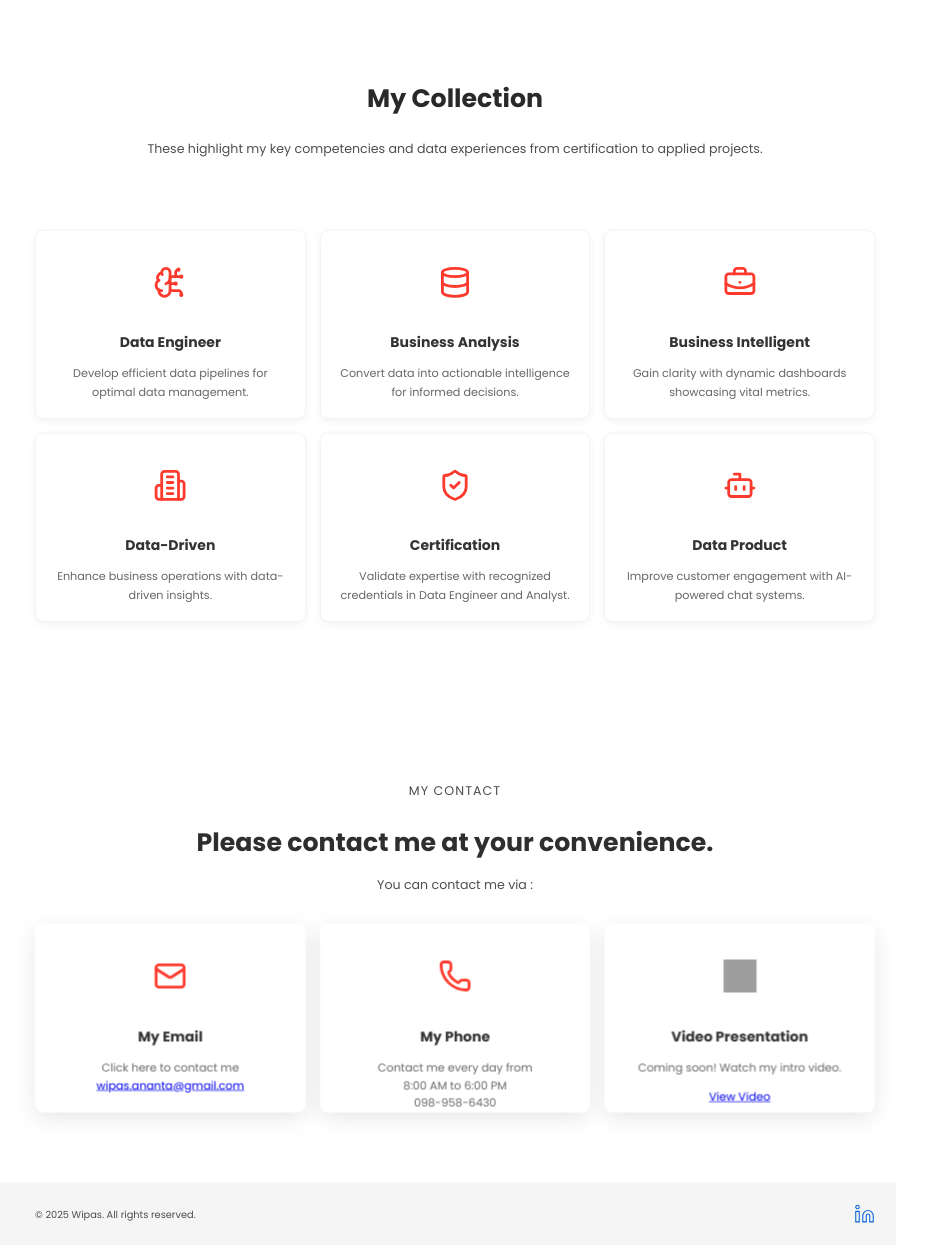
Repository: Wipas1919/Archive-portfolio
Page: index.html
An editor plug-in stored every save of this project. The page is shown before and after the next save, followed by the edit.
The browser window is 1280 px wide. The page is 1328 px wide, so the pictures cover 1328 px, including what lies to the right of the window. The pictures show the part of the page from y = 1566 to 3406 px (the page is 3345 px tall before and 3406 px after), at 70% of full size.
Pictures or frames that could not be fetched are drawn as grey boxes.

Above is the page before, as saved 2025-05-26 21:28:37.

### index.html
<!-- Cleaned and updated on 2025-05-25 -->
<!DOCTYPE html>
<html lang="en">
 <head>
  <meta charset="utf-8"/>
  <meta content="width=device-width, initial-scale=1.0" name="viewport"/>
  <title>Wipas | Portfolio</title>

  <!-- SEO Meta Tags -->
  <meta name="description" content="Data-driven portfolio by Wipas Anantamongkol - showcasing skills in data engineering, analytics, and business intelligence.">
  <meta name="keywords" content="portfolio, data, analytics, business intelligence, data engineer, Wipas">
  <meta name="author" content="Wipas Anantamongkol">
  <meta name="robots" content="index, follow">
  <link rel="canonical" href="https://wipas1919.github.io/wipas-portfolio/">

  <!-- Fonts -->
  <link href="https://fonts.googleapis.com/css2?family=Poppins:wght@400;600;700&display=swap" rel="stylesheet"/>

  <!-- CSS -->
  <link href="style/main.css" rel="stylesheet"/>
  <link href="style/animations.css" rel="stylesheet"/>
  <link href="https://cdn.jsdelivr.net/npm/aos@2.3.4/dist/aos.css" rel="stylesheet"/>
  <link href="https://cdnjs.cloudflare.com/ajax/libs/animate.css/4.1.1/animate.min.css" rel="stylesheet"/>
  <link href="https://cdn.jsdelivr.net/npm/swiper@10/swiper-bundle.min.css" rel="stylesheet"/>

  <!-- Lottie -->
  <script src="https://unpkg.com/@lottiefiles/lottie-player@latest/dist/lottie-player.js"></script>

  <!-- Copy Protection Script -->
  <script>
    document.addEventListener("contextmenu", e => e.preventDefault());
    document.onkeydown = function(e) {
      if (e.key === "F12" ||
          (e.ctrlKey && e.shiftKey && (e.key === "I" || e.key === "J")) ||
          (e.ctrlKey && e.key === "U")) {
        return false;
      }
    };
    document.addEventListener("selectstart", e => e.preventDefault());
  </script>

  <!-- Google Analytics (replace G-XXXXXXX with actual ID) -->
<!-- Google tag (gtag.js) -->
  <script async src="https://www.googletagmanager.com/gtag/js?id=G-NG75M74LFD"></script>
  <script>
    window.dataLayer = window.dataLayer || [];
    function gtag(){dataLayer.push(arguments);}
    gtag('js', new Date());

    gtag('config', 'G-NG75M74LFD');
  </script>
  </head>
 <body>
  <!-- ... rest of body content remains unchanged ... -->
  <div id="page-loader">
   <div class="spinner">
   </div>
  </div>
  <!-- Navbar -->
  <!-- /* ───── HEADER SECTION ───── */ -->
  <header>
   <div class="container">
    <h1 class="logo">
     Portfolio
    </h1>
    <nav class="nav-right">
     <a href="#hero">
      Home
     </a>
     <a href="#about">
      About
     </a>
     <a href="#contact">
      Contact
     </a>
     <div class="dropdown-wrapper">
      <a class="dropbtn" href="#">
       Collection
      </a>
      <div class="dropdown-content">
       <a href="projects/data-engineer.html">
        Data Engineer
       </a>
       <a href="projects/business-analysis.html">
        Business Analysis
       </a>
       <a href="projects/bi-solutions.html">
        Business Intelligent
       </a>
       <a href="projects/strategic-data.html">
        Data-Driven
       </a>
       <a href="projects/cloud-cert.html">
        Certification
       </a>
       <a href="projects/data-integration.html">
        Data Product
       </a>
      </div>
     </div>
    </nav>
   </div>
  </header>
  <!-- Hero Section -->
  <section class="hero" id="hero">
   <div class="container hero-content">
    <div class="hero-text">
     <h2 class="rellax" data-rellax-speed="-2">
      THE SPACE FOR SHARING MY DATA PROJECTS
     </h2>
     <p class="rellax" data-rellax-speed="-1">
      Data Generalist | Portfolio Website
     </p>
     <a class="btn" href="#projects">
      View Highlights
     </a>
    </div>
    <div class="hero-animation">
     <lottie-player autoplay="" background="transparent" loop="" speed="1" src="animation_data.json" style="width: 500px; height: 500px;">
     </lottie-player>
    </div>
   </div>
  </section>
  <!-- About Section -->
  <section class="about" id="about">
   <div class="container about-grid">
    <div class="about-image" data-aos="fade-right">
     <img alt="Wipas Profile Photo" src="images/profile.jpg"/>
    </div>
    <div class="about-text" data-aos="fade-left" data-aos-delay="100">
     <h2>
      About Me
     </h2>
     <p>
      My name is Wipas Anantamongkol (Frong),
      <br/>
      a passionate person about data, insights, and creating meaningful solutions. This is a little story about my journey.
     </p>
     <div class="timeline">
      <div class="timeline-item" data-aos="fade-up" data-aos-delay="300">
       <div class="timeline-dot">
       </div>
       <div class="timeline-content">
        <h4>
         2025 - Present
        </h4>
        <p>
         Business Analytics Officer
         <br/>
         at N.C.C Management and Development (QSNCC)
        </p>
       </div>
      </div>
      <div class="timeline-item" data-aos="fade-up" data-aos-delay="400">
       <div class="timeline-dot">
       </div>
       <div class="timeline-content">
        <h4>
         2022 - 2024
        </h4>
        <p>
         Project Coordinator - Design Solutions.
         <br/>
         at stiid co. ltd
        </p>
       </div>
      </div>
      <div class="timeline-item" data-aos="fade-up" data-aos-delay="500">
       <div class="timeline-dot">
       </div>
       <div class="timeline-content">
        <h4>
         2018 - 2022
        </h4>
        <p>
         Graduated in Business Administration from
         <br/>
         King Mongkut University of Technology North Bangkok.
        </p>
       </div>
      </div>
     </div>
    </div>
   </div>
  </section>

  <!-- Projects Section -->
  <section class="projects" id="projects">
   <div class="container" data-aos="fade-up">
    <h2>My Collection</h2>
    <p class="section-description">
     These highlight my key competencies and data experiences from certification to applied projects.
    </p>

    <div class="card-grid card-grid--projects">
     <div class="card card--project" data-aos="zoom-in" data-aos-delay="100" onclick="location.href='projects/data-engineer.html'">
       <div class="card__icon">
         <img src="images/brain-circuit.svg" alt="Data Engineer Icon">
       </div>
       <h3>Data Engineer</h3>
       <p>Develop efficient data pipelines for optimal data management.</p>
     </div>
     <div class="card card--project" data-aos="zoom-in" data-aos-delay="200" onclick="location.href='projects/business-analysis.html'">
       <div class="card__icon">
         <img src="images/database.svg" alt="Business Analysis Icon">
       </div>
       <h3>Business Analysis</h3>
       <p>Convert data into actionable intelligence for informed decisions.</p>
     </div>
     <div class="card card--project" data-aos="zoom-in" data-aos-delay="300" onclick="location.href='projects/bi-solutions.html'">
       <div class="card__icon">
         <img src="images/layout-dashboard.svg" alt="Business Intelligent Icon">
       </div>
       <h3>Business Intelligent</h3>
       <p>Gain clarity with dynamic dashboards showcasing vital metrics.</p>
     </div>
     <div class="card card--project" data-aos="zoom-in" data-aos-delay="400" onclick="location.href='projects/strategic-data.html'">
       <div class="card__icon">
         <img src="images/building-2.svg" alt="Data-Driven Icon">
       </div>
       <h3>Data-Driven</h3>
       <p>Enhance business operations with data-driven insights.</p>
     </div>
     <div class="card card--project" data-aos="zoom-in" data-aos-delay="500" onclick="location.href='projects/cloud-cert.html'">
       <div class="card__icon">
         <img src="images/shield-check.svg" alt="Certification Icon">
       </div>
       <h3>Certification</h3>
       <p>Validate expertise with recognized credentials in Data Engineer and Analyst.</p>
     </div>
     <div class="card card--project" data-aos="zoom-in" data-aos-delay="600" onclick="location.href='projects/data-integration.html'">
       <div class="card__icon">
         <img src="images/bot.svg" alt="Data Product Icon">
       </div>
       <h3>Data Product</h3>
       <p>Improve customer engagement with AI-powered chat systems.</p>
     </div>
    </div>

   </div>
  </section>

  <!-- Contact Section -->
  <section class="contact" id="contact">
   <div class="container" data-aos="fade-up">
    <p class="section-subtitle">MY CONTACT</p>
    <h2 class="section-title">Please contact me at your convenience.</h2>
    <p class="section-description">You can contact me via :</p>

    <div class="card-grid card-grid--contact">
     <div class="card card--glass" data-aos="zoom-in" data-aos-delay="100">
       <div class="card__icon">
         <img src="images/mail.svg" alt="Email Icon">
       </div>
       <h3>My Email</h3>
       <p>
        Click here to contact me<br/>
        <a href="mailto:wipas.ananta@gmail.com">wipas.ananta@gmail.com</a>
       </p>
     </div>
     <div class="card card--glass" data-aos="zoom-in" data-aos-delay="200">
       <div class="card__icon">
         <img src="images/phone.svg" alt="Phone Icon">
       </div>
       <h3>My Phone</h3>
       <p>
        Contact me every day from<br/>
        8:00 AM to 6:00 PM<br/>
        098-958-6430
       </p>
     </div>
     <div class="card card--glass" data-aos="zoom-in" data-aos-delay="300">
       <div class="card__icon">
         <img src="images/video.svg" alt="Video Icon">
       </div>
       <h3>Video Presentation</h3>
       <p>Coming soon! Watch my intro video.</p>
       <p><a href="#" target="_blank">View Video</a></p>
     </div>
    </div>

   </div>
  </section>

  <!-- Footer -->
  <!-- /* ───── FOOTER SECTION ───── */ -->
  <footer>
   <div class="container footer-container">
    <p>
     © 2025 Wipas. All rights reserved.
    </p>
    <div class="social-links">
     <a href="https://www.linkedin.com/" target="_blank">
      <img alt="LinkedIn" src="images/linkedin.svg"/>
     </a>
    </div>
   </div>
  </footer>
  <!-- Scripts -->
  <script src="https://unpkg.com/aos@next/dist/aos.js">
  </script>
  <script>
   AOS.init({
      duration: 1000,
      once: true,
      easing: 'ease-in-out',
    });
  </script>
  <script defer="" src="scripts/main.js">
  </script>
 </body>
</html>

### style/main.css
/* ตั้งค่าพื้นฐาน */
body {
  margin: 0;
  font-family: 'Poppins', sans-serif;
  background: #fff;
  color: #222;
  line-height: 1.6;
  scroll-behavior: smooth;
  user-select: none;
  -webkit-user-select: none;
  -ms-user-select: none;
}

img {
  max-width: 100%;
  height: auto;
  display: block;
}

.container {
  width: 100%;
  max-width: 1200px;
  margin: 0 auto;
  padding: 0 50px; /* เพิ่ม padding ด้านข้าง */
}

@media screen and (max-width: 767px) {
  .container { padding: 0 16px; }
  .hero h2 { font-size: 36px; }
  .hero p { font-size: 18px; }
  .card-grid { grid-template-columns: 1fr; }
  nav a { font-size: 14px; }
  .hero-content { flex-direction: column; }
  .about-image img { width: 100%; }
}

@media screen and (min-width: 768px) and (max-width: 1024px) {
  .hero h2 { font-size: 48px; }
  .card-grid { grid-template-columns: repeat(2, 1fr); }
}

@media screen and (max-width: 480px) {
  h2, .section-title { font-size: 28px; }
  .hero h2 { font-size: 28px; }
  .hero p, .section-description, .about-text p, .card p { font-size: 16px; }
  .btn { padding: 10px 20px; font-size: 16px; }
}

/* Navbar */
header {
  background: #fff;
  padding: 5px 0;
  display: flex;
  justify-content: space-between;
  align-items: center;
  border-bottom: 0px solid #eee;
  position: sticky;
  top: 0;
  z-index: 100;
}

header .container {
  display: flex;
  align-items: center;
  justify-content: space-between;
}

.logo {
  font-family: 'Poppins', serif;
  font-size: 30px;
  color: #fc5246;
}

nav a {
  margin: 0 15px;
  color: #333;
  text-decoration: none;
  font-weight: 600;
  font-size: 18px;
}

nav a:hover {
  color: #fd3a2d;
}

/* ปุ่มหลักของเมนู dropdown */
.dropdown-wrapper {
  position: relative;
  display: inline-block;
}

.dropbtn {
  font-weight: 600;
  cursor: pointer;
  color: #222;
  transition: color 0.3s ease;
}

.dropbtn:hover {
  color: #fd3a2d;
}

/* เมนูที่แสดงเมื่อ hover */
.dropdown-content {
  display: none;
  position: absolute;
  top: 100%;
  right: 0;
  background-color: #ffffff;
  min-width: 220px;
  border-radius: 12px;
  box-shadow: 0 10px 25px rgba(0, 0, 0, 0.08);
  overflow: hidden;
  padding: 10px 0;
  z-index: 999;
}

/* แสดงเมื่อ hover */
.dropdown-wrapper:hover .dropdown-content {
  display: block;
}

/* ลิงก์ใน dropdown */
.dropdown-content a {
  display: block;
  padding: 12px 20px;
  color: #222;
  text-decoration: none;
  font-size: 15px;
  transition: background-color 0.2s ease, color 0.2s ease;
}

/* Hover effect ของลิงก์ */
.dropdown-content a:hover {
  background-color: #eaeaea;
  color: #fd3a2d;
}

.hero-animation {
  margin-top: 10px;
  display: flex;
  justify-content: right;
}

/* Hero Section */
.hero {
  position: relative;
  height: 60vh;
  display: flex;
  align-items: center;
  justify-content: center;
  flex-direction: column;
  text-align: center;
  background: #eaeaea;
  color: #000000;
}

#hero-background {
  position: absolute;
  top: 0;
  left: 0;
  width: 100%;
  height: 100%;
  z-index: 0;
}

.hero-content {
  position: relative;
  z-index: 1;
  width: 100%;
  max-width: 1200px;
  padding-left: 5vw;
  padding-right: 5vw;
  text-align: left;
  align-items: flex-start;
}

.hero h2 {
  font-size: 60px;
  margin-bottom: 10px;
  line-height: 1.2;
}

.hero p {
  font-size: 30px;
  margin-bottom: 30px;
  color: #1d1d1d;
}

.btn, .hero .btn {
  display: inline-block;
  background: #fd3a2d;
  color: #fff;
  padding: 14px 36px;
  border-radius: 30px;
  text-decoration: none;
  font-weight: bold;
  font-size: 18px;
  transition: background 0.3s;
}

.btn:hover, .hero .btn:hover {
  background: #252525;
}

/* Sections */
section {
  padding: 100px 0;
  text-align: center;
}

/* About Section */
.about-grid {
  display: flex;
  align-items: center;
  justify-content: center;
  gap: 50px;
  flex-wrap: wrap;
}

.about-image img {
  width: 500px;
  height: auto;
  object-fit: cover;
  border-top-left-radius: 0;
  border-top-right-radius: 0;
  border-bottom-left-radius: 200px;
  border-bottom-right-radius: 200px;
}

.about-text {
  max-width: 500px;
  text-align: left;
}

.about-text h2 {
  margin-bottom: 20px;
}

.about-text p {
  font-size: 18px;
  color: #666;
}

/* Timeline */
.timeline-item {
  position: relative;
  margin-bottom: 30px;
}

.timeline-dot {
  width: 14px;
  height: 14px;
  background-color: #fd3a2d;
  border-radius: 50%;
  position: absolute;
  left: -8px;
  top: 0;
}

.timeline-content {
  margin-left: 20px;
}

.timeline-content h4 {
  margin: 0;
  font-size: 18px;
  color: #333;
  font-weight: 600;
}

.timeline-content p {
  margin: 5px 0 0;
  font-size: 16px;
  color: #666;
}

/* Projects Section */
#projects {
  margin-bottom: 10px;
}

.card-grid {
  display: grid;
  grid-template-columns: repeat(3, 1fr); /* สำคัญ: 3 คอลัมน์ */
  gap: 20px;
  margin-top: 100px;
}


.card {
  background: #ffffff;
  padding: 30px;
  border-radius: 12px;
  max-height: 220px;
  text-align: center;
  transition: box-shadow 0.3s;
  border: 1px solid #eee;
}

.card:hover {
  box-shadow: 0 8px 20px rgba(0, 0, 0, 0.1);
}

.card-icon img {
  width: 40px;
  height: 40px;
  margin-bottom: 20px;
}

.card h3 {
  font-size: 20px;
  margin-bottom: 15px;
  color: #333;
}

.card p {
  font-size: 16px;
  color: #666;
}

/* Contact Section */
.contact {
  background: rgba(255, 255, 255, 0.5); /* 1 = โปร่งแสง 50% */
  text-align: center;
}

.section-subtitle {
  text-transform: uppercase;
  font-size: 18px;
  letter-spacing: 1.5px;
  color: #4e4e4e;
  margin-bottom: 10px;
}

h2 {
  font-size: 36px;
  color: #292929
}


.section-title {
  font-size: 36px;
  margin-bottom: 10px;
  color: #2e2e2e;
}

.section-description {
  font-size: 18px;
  margin-bottom: 40px;
  color: #4e4e4e;
}

.contact-grid {
  display: grid;
  grid-template-columns: repeat(auto-fit, minmax(280px, 1fr));
  gap: 20px;
  margin-top: 40px;
}

.contact-card.glass {
  background: rgba(255, 255, 255, 0.15);
  backdrop-filter: blur(12px);
  -webkit-backdrop-filter: blur(12px);
  border-radius: 20px;
  padding: 24px;
  border: 1px solid rgba(255, 255, 255, 0.3);
  box-shadow: 0 8px 32px rgba(0, 0, 0, 0.1);
  transition: transform 0.3s ease, box-shadow 0.3s ease;
  text-align: center;
}

.contact-card.glass:hover {
  transform: scale(1.05);
  box-shadow: 0 12px 28px rgba(0, 0, 0, 0.15);
}

.contact-icon {
  display: flex;
  flex-direction: column;
  align-items: center;
  justify-content: center; /* 🔥 เพิ่มบรรทัดนี้เพื่อจัดไอคอนแนวดิ่ง */
  height: 100px; /* ✅ ปรับความสูงให้เหมาะสม */
  margin-bottom: 12px;
}


.contact-icon img {
  width: 48px;
  height: 48px;
  margin-bottom: 12px;
  transition: transform 0.3s ease;
}

.contact-card.glass:hover .contact-icon img {
  transform: scale(1.15);
}

/* Footer */
footer {
  background: #f5f5f5;
  padding: 20px 0;
  font-size: 14px;
  color: #4d4d4d;
}

.footer-container {
  display: flex;
  justify-content: space-between;
  align-items: center;
  flex-wrap: wrap;
}

.social-links {
  display: flex;
  gap: 20px;
}

.social-links a img {
  width: 30px;
  height: 30px;
  transition: transform 0.3s ease;
}

.social-links a img:hover {
  transform: scale(1.2);
}

#hero-background {
  position: absolute;
  top: 0;
  left: 0;
  height: 100%;
  width: 100%;
  z-index: 0;
  overflow: hidden;
}
.hero-content {
  position: relative;
  z-index: 1;
}

/* animation-data */
.hero-content {
  display: flex;
  justify-content: space-between;
  align-items: center;
  flex-wrap: wrap;
  gap: 40px;
}

.hero-text {
  flex: 1 1 55%;
}

.hero-animation {
  flex: 1 1 40%;
  display: flex;
  justify-content: center;
  align-items: center;
}

/* ===== Page Loader & Smooth Scroll ===== */
html{scroll-behavior:smooth;}

#page-loader{
  position:fixed;inset:0;display:grid;place-items:center;
  background:#ffffff;z-index:9999;opacity:1;
  transition:opacity .0.5s ease;
}
#page-loader .spinner{
  width:32px;height:32px;border:4px solid #e5e5e5;
  border-top-color:#ff694b;border-radius:50%;
  animation:spin .8s linear infinite;
}
@keyframes spin{to{transform:rotate(360deg)}}

body.loaded #page-loader{opacity:0;pointer-events:none;}
body.fade-out{opacity:0;transition:opacity .0.5s ease;}

@keyframes hideLoaderFallback{to{opacity:0;pointer-events:none;}}
#page-loader{animation:hideLoaderFallback 0.5s forwards 0.5s;}



/* ====  Reusable Card Component  ================================== */
.card {
  background: #ffffff;
  border: 1px solid #eee;
  border-radius: 12px;
  padding: 24px;
  text-align: center;
  box-shadow: 0 4px 12px rgba(0,0,0,.05);
  transition: transform .3s ease, box-shadow .3s ease;
}
.card:hover {
  transform: translateY(-6px);
  box-shadow: 0 12px 25px rgba(0,0,0,.1);
}

.card__icon{
  display:flex;
  flex-direction:column;
  align-items:center;
  justify-content:center;
  height:100px;
  margin-bottom:12px;
}
.card__icon img{
  width:48px;
  height:48px;
  transition: transform .3s ease;
}
.card:hover .card__icon img{
  transform:scale(1.15);
}

/* Variant – project card (clickable) */
.card--project{cursor:pointer;}

/* Variant – glassmorphism contact card */
.card--glass{
  background: rgba(255,255,255,.15);
  backdrop-filter: blur(12px);
  -webkit-backdrop-filter: blur(12px);
  border: 1px solid rgba(255,255,255,.3);
  box-shadow: 0 8px 32px rgba(0,0,0,.1);
}

/* Grids */

.card-grid--contact{
  display:grid;
  grid-template-columns: repeat(auto-fit,minmax(280px,1fr));
  gap:20px;
  margin-top:40px;
}

/* Remove legacy duplicate styles */
.contact-card, .contact-card.glass, .glass-card{
}/* project */

.project-blog {
  max-width: 800px;
  margin: 80px auto;
  padding: 0 20px;
  font-family: 'Inter', sans-serif;
}

.project-blog h1 {
  font-size: 36px;
  font-weight: 700;
  margin-bottom: 20px;
  text-align: center;
  color: #222;
}

.project-blog .tag {
  display: inline-block;
  background: #f0f0f0;
  color: #333;
  padding: 6px 12px;
  margin: 0 8px 20px 0;
  border-radius: 20px;
  font-size: 14px;
}

.project-blog p {
  font-size: 18px;
  color: #444;
  line-height: 1.7;
  margin-bottom: 24px;
}

.project-blog img {
  width: 100%;
  border-radius: 10px;
  margin: 30px 0;
  box-shadow: 0 8px 30px rgba(0,0,0,0.08);
}

/* button */
.back-float-btn {
  position: fixed;
  bottom: 30px;
  left: 50%;
  transform: translateX(-50%);
  background-color: #fc5246;
  color: white;
  padding: 10px 24px;
  font-size: 14px;
  border-radius: 30px;
  box-shadow: 0 4px 16px rgba(0, 0, 0, 0.1);
  cursor: pointer;
  z-index: 9999;
  text-align: center;
  font-family: 'Inter', sans-serif;
  transition: background 0.3s ease;
  width: auto;       /* ปรับให้ขนาดพอดีกับเนื้อหา */
  max-width: 200px;  /* จำกัดไม่ให้ปุ่มกว้างเกินไป */
}

.back-float-btn:hover {
  background-color: #e6483c;
}

@media (max-width: 768px) {
  .back-float-btn {
    padding: 9px 18px;
    font-size: 13px;
    bottom: 20px;
  }
/* ===== FINAL OVERRIDE ===== */
.contact-card a {
  color: inherit !important;
  text-decoration: none !important;
}

.contact-card a:visited {
  color: inherit !important;
  text-decoration: none !important;
}

.contact-card a:hover,
.contact-card a:focus,
.contact-card a:active {
  color: inherit !important;
  text-decoration: none !important;
}

/* ===== Card grid (Projects) enforce 3-column on desktop ===== */
@media (min-width: 1024px){
  .card-grid--projects{
    grid-template-columns: repeat(3, 1fr);
  }
}
/* 2 columns on tablets */
@media (min-width: 640px) and (max-width: 1023px){
  .card-grid--projects{
    grid-template-columns: repeat(2, 1fr);
  }
}
/* 1 column on small screens (default) */
}

/* ===== DESKTOP-ONLY MODE (CSS BLOCK) =====
   Hide entire site below 1024px width and show full-screen notice
--------------------------------------------------------------- */
@media (hover: none) and (pointer: coarse){
  /* Hide all real content */
  body > * { display: none !important; }

  /* Full-screen notice */
  body::before{
    content: "This site is designed for desktop browsers only.\A Please visit on a larger screen.";
    white-space: pre-line;
    position: fixed;
    inset: 0;
    background: #ffffff;
    color: #000000;
    padding: 40px 24px;
    display: flex;
    align-items: center;
    justify-content: center;
    font-family: "Poppins", sans-serif;
    font-size: 18px;
    line-height: 1.4;
    text-align: center;
    z-index: 99999;
  }

  /* Prevent horizontal scroll */
  html, body{ overflow: hidden; }
}

Loaded but not shown: animation_data.json (1 lines, source omitted); scripts/main.js (34 lines, source omitted); style/animations.css (no stored copy; drawn as an empty file)

After the next save:
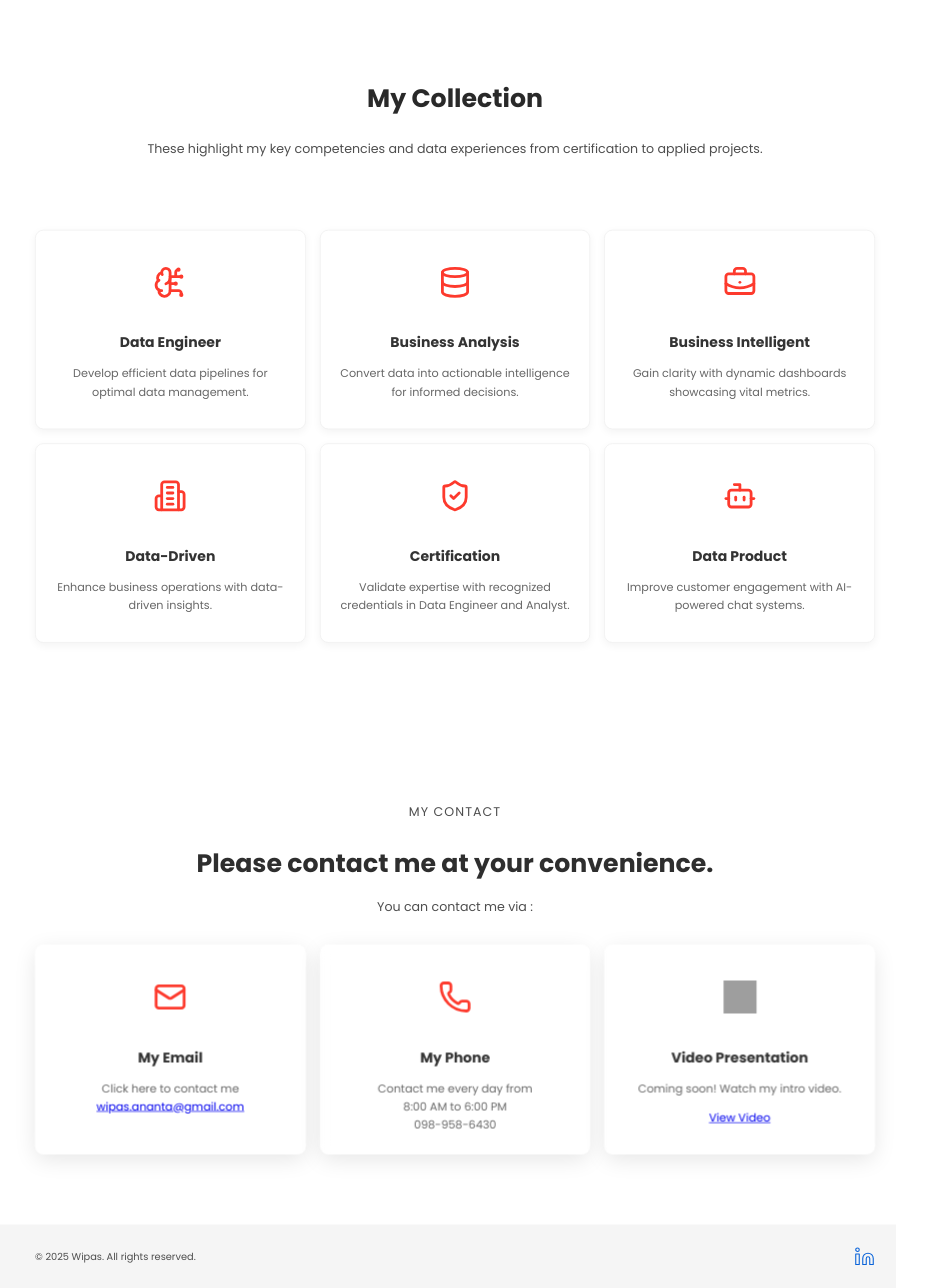
Saved 4 s later.
--- a/style/main.css
+++ b/style/main.css
@@ -292,7 +292,7 @@ section {
   background: #ffffff;
   padding: 30px;
   border-radius: 12px;
-  max-height: 220px;
+  max-height: 250px;
   text-align: center;
   transition: box-shadow 0.3s;
   border: 1px solid #eee;
